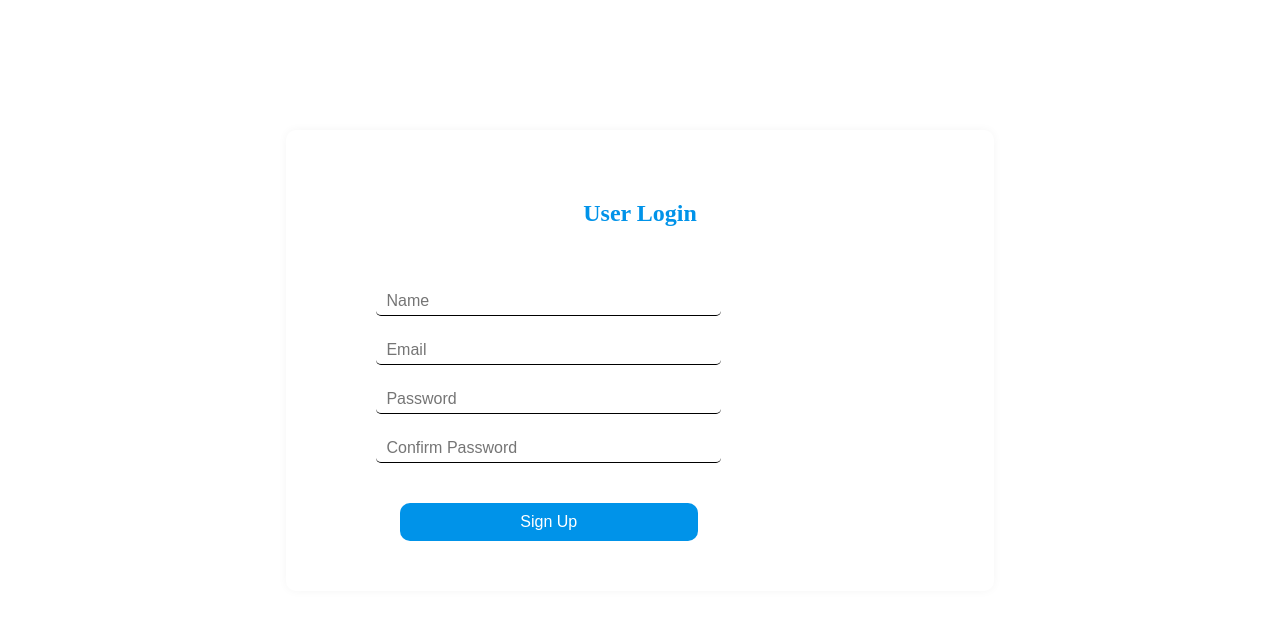
Repository: devSkhandelwal/job-search
Page: /login
An editor plug-in stored every save of this project. The page is shown before and after the next save, followed by the edit.
The browser window is 1280 px wide. The pictures show the whole page.
The project was rebuilt for these pictures with package versions that can differ from the ones it lists, and the page was loaded fresh each time. Also part of the build but not shown: src/actions/jobAction.js, src/components/FormElement/ApplyForm.js, src/containers/JobDetailsContainer.js, src/containers/JobFilterContainer.js, src/components/JobItem.js, src/components/JobList.js, src/containers/JobListContainer.js.

Above is the page before, as saved 2021-05-04 10:11:56.

After the next save:
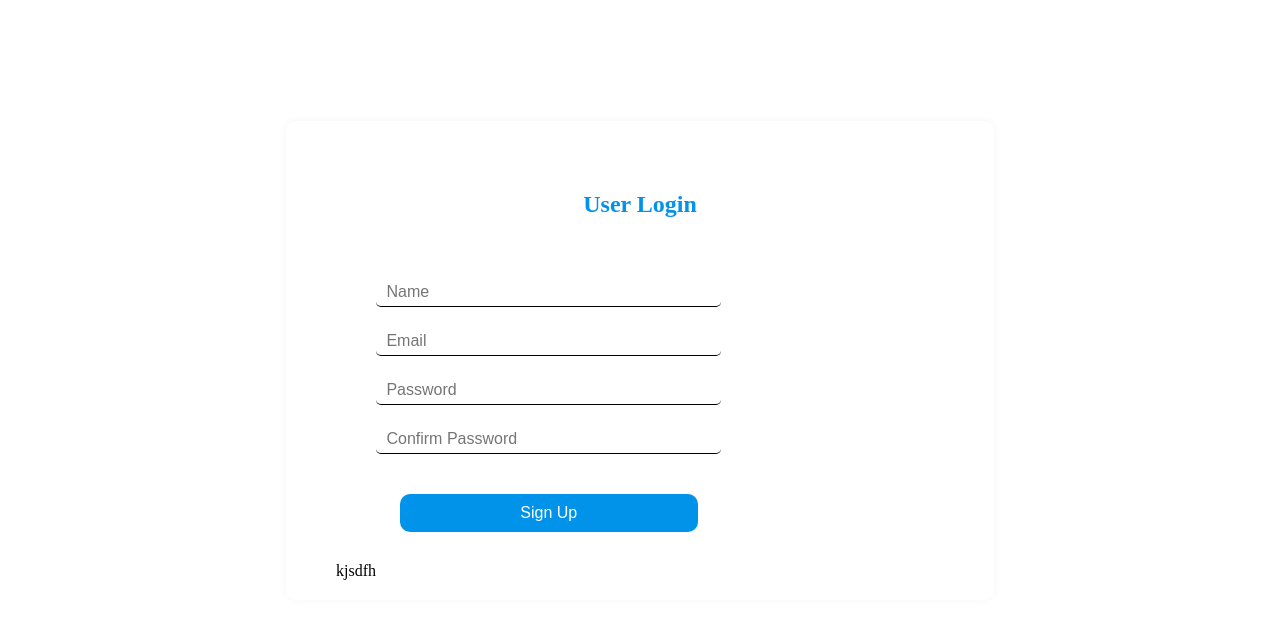
Saved 5 s later.
--- a/src/components/FormElement/FormContainer.js
+++ b/src/components/FormElement/FormContainer.js
@@ -3,7 +3,7 @@ import React from 'react'
 const FormContainer = ({children}) => {
     return (
         <div className="form-container">
-            {children}
+            {children}kjsdfh
         </div>
     )
 }

After the save that followed:
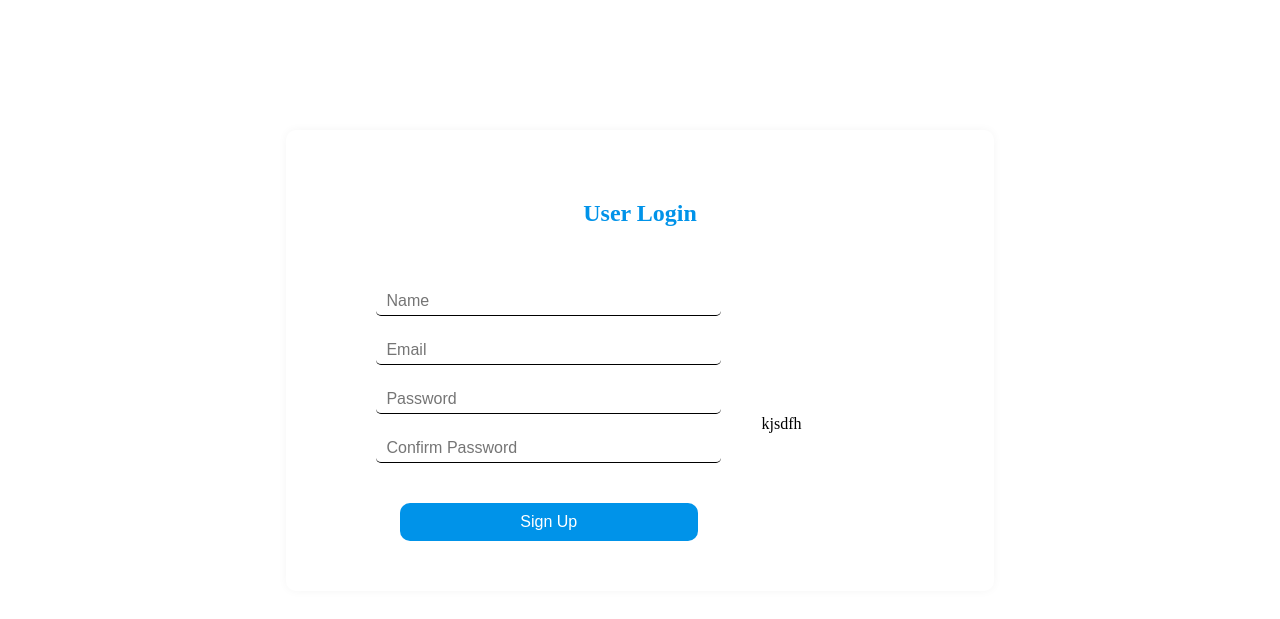
Saved 44 s later.
--- a/src/components/FormElement/FormContainer.js
+++ b/src/components/FormElement/FormContainer.js
@@ -1,4 +1,6 @@
 import React from 'react'
+
+import './FormContainer.css'
 
 const FormContainer = ({children}) => {
     return (
